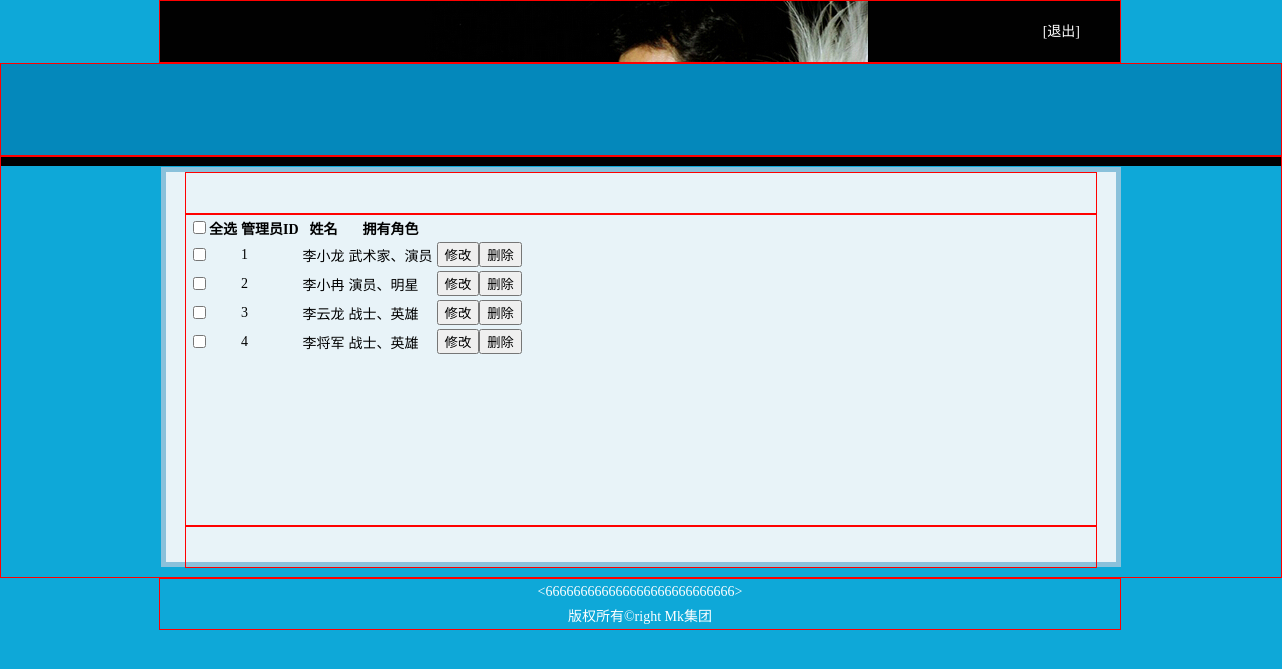
Repository: MasterKweng/workspace
Page: WebBasic/WebContent/Day02/demo6.html
These files come from the project's save history. The page is drawn as it stood at one moment and after the next save; the edit follows.
The browser window is 1280 px wide. The page is 1282 px wide, so the pictures cover 1282 px, including what lies to the right of the window. The pictures show the whole page.

Above is the page before, as saved 2018-01-04 08:03:41.

After the next save:
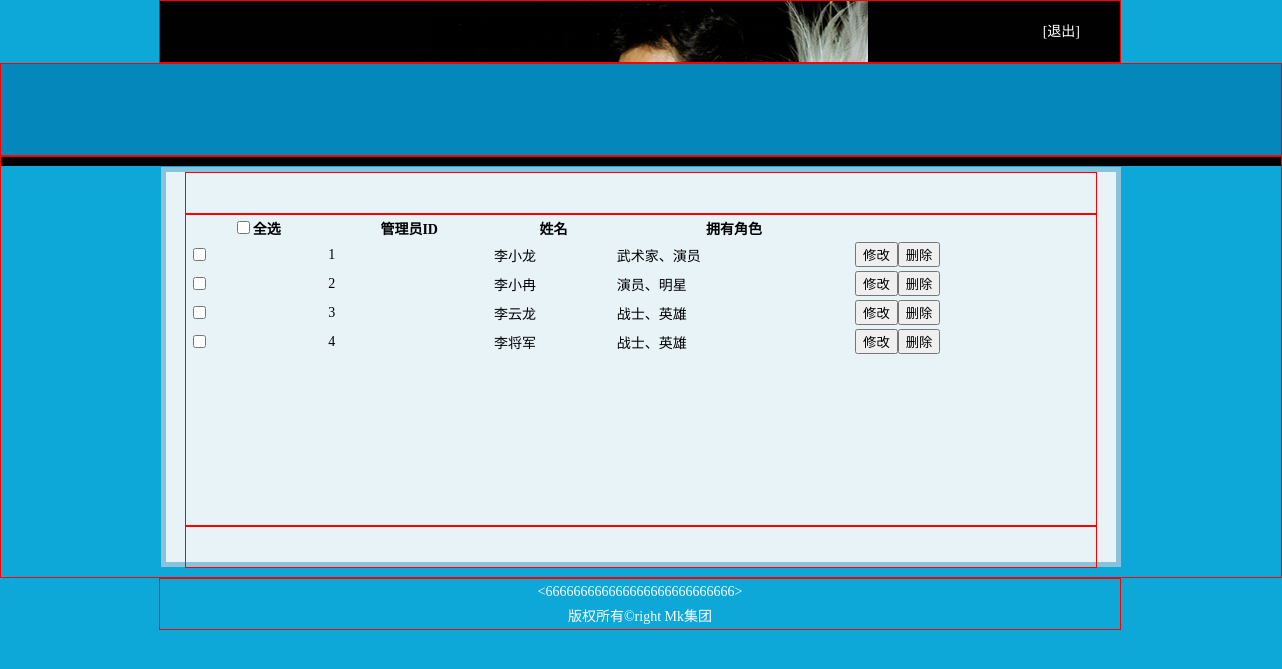
Saved 50 s later.
--- a/WebBasic/WebContent/Day02/demo6.html
+++ b/WebBasic/WebContent/Day02/demo6.html
@@ -97,7 +97,7 @@
 		}
 		/*设置表格的样式*/
 		table{
-
+			width:910px;
 		}
 		</style>
 	</head>
